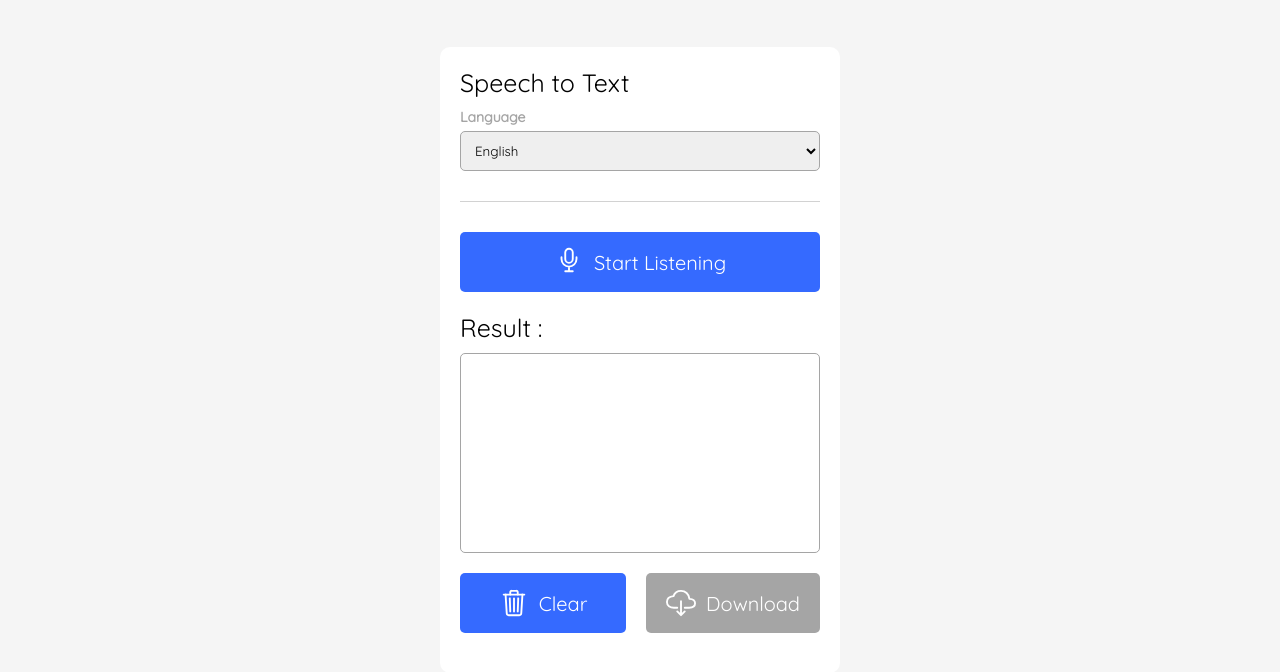
Repository: tsthuy/SpeechToText
Page: index.html
An editor plug-in stored every save of this project. The page is shown before and after the next save, followed by the edit.
The browser window is 1280 px wide. The pictures show the whole page.

Above is the page before, as saved 2023-08-28 03:07:41.

### index.html
<!DOCTYPE html>
<html lang="en">
  <head>
    <meta charset="UTF-8" />
    <meta http-equiv="X-UA-Compatible" content="IE=edge" />
    <meta name="viewport" content="width=device-width, initial-scale=1.0" />
    <link href="./images/text-to-speech.png" rel="shortcut icon" type="image/vnd.microsoft.icon" />
    <link rel="stylesheet" href="style.css" />
    <link href='https://fonts.googleapis.com/css?family=Quicksand' rel='stylesheet'>
    <title>Speech to Text</title>
  </head>
  <body>
    <div class="container">
      <p class="heading">Speech to Text</p>
      <div class="options">
        <div class="anguage">
          <p>Language</p>
          <select name="input-language" id="language"></select>
        </div>
      </div>
      <div class="line"></div>
      <button class="btn record">
        <div class="icon">
          <ion-icon name="mic-outline"></ion-icon>
          <img src="record.svg" alt="" />
        </div>
        <p>Start Listening</p>
      </button>
      <p class="heading">Result :</p>
      <div
        class="result"
        spellcheck="false"
        placeholder="Text will be shown here"
      >
        <p class="interim"></p>
      </div>
      <div class="buttons">
        <button class="btn clear">
          <ion-icon name="trash-outline"></ion-icon>
          <p>Clear</p>
        </button>
        <button class="btn download" disabled>
          <ion-icon name="cloud-download-outline"></ion-icon>
          <p>Download</p>
        </button>
      </div>
    </div>

    <!-- IONICONS -->
    <script
      type="module"
      src="https://unpkg.com/ionicons@5.5.2/dist/ionicons/ionicons.esm.js"
    ></script>
    <script
      nomodule
      src="https://unpkg.com/ionicons@5.5.2/dist/ionicons/ionicons.js"
    ></script>

    <!-- LANGUAGES -->
    <script src="languages.js"></script>

    <!-- SCRIPT -->
    <script src="script.js"></script>
  </body>
</html>

### style.css

:root {
  --primary-color: #356aff;
  --bg-color: #fff;
  --text-color: #000;
  --light-text-color: #a5a5a5;
  --body-bg-color: #f5f5f5;
}
* {
  margin: 0;
  padding: 0;
  box-sizing: border-box;
  font-family: "Quicksand", sans-serif;
}
body {
  min-height: 100vh;
  display: flex;
  align-items: center;
  justify-content: center;
  background-color: var(--body-bg-color);
  color: var(--text-color);
}
.container {
  width: 400px;
  padding: 20px;
  border-radius: 10px;
  background-color: var(--bg-color);
}
.container .heading {
  font-size: 25px;
  font-weight: 500;
  margin-bottom: 10px;
}
.container .options select {
  width: 100%;
  padding: 10px;
  border: 1px solid var(--light-text-color);
  border-radius: 5px;
  outline: none;
}
.container .options div:not(:last-child) select {
  margin-bottom: 20px;
}

.container .options p {
  font-size: 14px;
  font-weight: 600;
  margin-bottom: 5px;
  color: var(--light-text-color);
}
.container .line {
  position: relative;
  width: 100%;
  height: 1px;
  background-color: var(--light-text-color);
  opacity: 0.5;
  margin: 30px 0;
}
.btn {
  display: flex;
  align-items: center;
  justify-content: center;
  gap: 10px;
  margin-bottom: 20px;
  height: 60px;
  padding: 20px;
  width: 100%;
  outline: none;
  border: none;
  border-radius: 5px;
  font-size: 20px;
  font-weight: 500;
  cursor: pointer;
  color: #fff;
  background-color: var(--primary-color);
}
.btn ion-icon {
  font-size: 30px;
}
.btn:disabled {
  background-color: var(--light-text-color);
  cursor: not-allowed;
}
.container .record img {
  width: 30px;
  height: 30px;
  display: none;
}
.container .record.recording img {
  display: block;
}
.container .record.recording ion-icon {
  display: none;
}
.container .result {
  width: 100%;
  min-height: 200px;
  padding: 10px;
  border: 1px solid var(--light-text-color);
  border-radius: 5px;
  font-size: 18px;
  font-weight: 500;
  margin-bottom: 20px;
  color: var(--text-color);
}
.container .result p {
  display: inline;
  margin-left: 3px;
  color: var(--light-text-color);
}
.buttons {
  display: flex;
  gap: 20px;
}

### languages.js
const languages = [
  {
    no: "16",
    name: "English",
    native: "English",
    code: "en",
  },
  {
    no: "1",
    name: "Afrikaans",
    native: "Afrikaans",
    code: "af",
  },
  {
    no: "2",
    name: "Albanian",
    native: "Shqip",
    code: "sq",
  },
  {
    no: "3",
    name: "Arabic",
    native: "عربي",
    code: "ar",
  },
  {
    no: "4",
    name: "Armenian",
    native: "Հայերէն",
    code: "hy",
  },
  {
    no: "5",
    name: "Azerbaijani",
    native: "آذربایجان دیلی",
    code: "az",
  },
  {
    no: "6",
    name: "Basque",
    native: "Euskara",
    code: "eu",
  },
  {
    no: "7",
    name: "Belarusian",
    native: "Беларуская",
    code: "be",
  },
  {
    no: "8",
    name: "Bulgarian",
    native: "Български",
    code: "bg",
  },
  {
    no: "9",
    name: "Catalan",
    native: "Català",
    code: "ca",
  },
  {
    no: "10",
    name: "Chinese (Simplified)",
    native: "中文简体",
    code: "zh-CN",
  },
  {
    no: "11",
    name: "Chinese (Traditional)",
    native: "中文繁體",
    code: "zh-TW",
  },
  {
    no: "12",
    name: "Croatian",
    native: "Hrvatski",
    code: "hr",
  },
  {
    no: "13",
    name: "Czech",
    native: "Čeština",
    code: "cs",
  },
  {
    no: "14",
    name: "Danish",
    native: "Dansk",
    code: "da",
  },
  {
    no: "15",
    name: "Dutch",
    native: "Nederlands",
    code: "nl",
  },
  {
    no: "17",
    name: "Estonian",
    native: "Eesti keel",
    code: "et",
  },
  {
    no: "18",
    name: "Filipino",
    native: "Filipino",
    code: "tl",
  },
  {
    no: "19",
    name: "Finnish",
    native: "Suomi",
    code: "fi",
  },
  {
    no: "20",
    name: "French",
    native: "Français",
    code: "fr",
  },
  {
    no: "21",
    name: "Galician",
    native: "Galego",
    code: "gl",
  },
  {
    no: "22",
    name: "Georgian",
    native: "ქართული",
    code: "ka",
  },
  {
    no: "23",
    name: "German",
    native: "Deutsch",
    code: "de",
  },
  {
    no: "24",
    name: "Greek",
    native: "Ελληνικά",
    code: "el",
  },
  {
    no: "25",
    name: "Haitian Creole",
    native: "Kreyòl ayisyen",
    code: "ht",
  },
  {
    no: "26",
    name: "Hebrew",
    native: "עברית",
    code: "iw",
  },
  {
    no: "27",
    name: "Hindi",
    native: "हिन्दी",
    code: "hi",
  },
  {
    no: "28",
    name: "Hungarian",
    native: "Magyar",
    code: "hu",
  },
  {
    no: "29",
    name: "Icelandic",
    native: "Íslenska",
    code: "is",
  },
  {
    no: "30",
    name: "Indonesian",
    native: "Bahasa Indonesia",
    code: "id",
  },
  {
    no: "31",
    name: "Irish",
    native: "Gaeilge",
    code: "ga",
  },
  {
    no: "32",
    name: "Italian",
    native: "Italiano",
    code: "it",
  },
  {
    no: "33",
    name: "Japanese",
    native: "日本語",
    code: "ja",
  },
  {
    no: "34",
    name: "Korean",
    native: "한국어",
    code: "ko",
  },
  {
    no: "35",
    name: "Latvian",
    native: "Latviešu",
    code: "lv",
  },
  {
    no: "36",
    name: "Lithuanian",
    native: "Lietuvių kalba",
    code: "lt",
  },
  {
    no: "37",
    name: "Macedonian",
    native: "Македонски",
    code: "mk",
  },
  {
    no: "38",
    name: "Malay",
    native: "Malay",
    code: "ms",
  },
  {
    no: "39",
    name: "Maltese",
    native: "Malti",
    code: "mt",
  },
  {
    no: "40",
    name: "Norwegian",
    native: "Norsk",
    code: "no",
  },
  {
    no: "41",
    name: "Persian",
    native: "فارسی",
    code: "fa",
  },
  {
    no: "42",
    name: "Polish",
    native: "Polski",
    code: "pl",
  },
  {
    no: "43",
    name: "Portuguese",
    native: "Português",
    code: "pt",
  },
  {
    no: "44",
    name: "Romanian",
    native: "Română",
    code: "ro",
  },
  {
    no: "45",
    name: "Russian",
    native: "Русский",
    code: "ru",
  },
  {
    no: "46",
    name: "Serbian",
    native: "Српски",
    code: "sr",
  },
  {
    no: "47",
    name: "Slovak",
    native: "Slovenčina",
    code: "sk",
  },
  {
    no: "48",
    name: "Slovenian",
    native: "Slovensko",
    code: "sl",
  },
  {
    no: "49",
    name: "Spanish",
    native: "Español",
    code: "es",
  },
  {
    no: "50",
    name: "Swahili",
    native: "Kiswahili",
    code: "sw",
  },
  {
    no: "51",
    name: "Swedish",
    native: "Svenska",
    code: "sv",
  },
  {
    no: "52",
    name: "Thai",
    native: "ไทย",
    code: "th",
  },
  {
    no: "53",
    name: "Turkish",
    native: "Türkçe",
    code: "tr",
  },
  {
    no: "54",
    name: "Ukrainian",
    native: "Українська",
    code: "uk",
  },
  {
    no: "55",
    name: "Urdu",
    native: "اردو",
    code: "ur",
  },
  {
    no: "56",
    name: "Vietnamese",
    native: "Tiếng Việt",
    code: "vi",
  },
  {
    no: "57",
    name: "Welsh",
    native: "Cymraeg",
    code: "cy",
  },
  {
    no: "58",
    name: "Yiddish",
    native: "ייִדיש",
    code: "yi",
  },
];

### script.js
const recordBtn = document.querySelector(".record"),
  result = document.querySelector(".result"),
  downloadBtn = document.querySelector(".download"),
  inputLanguage = document.querySelector("#language"),
  clearBtn = document.querySelector(".clear");

let SpeechRecognition =
    window.SpeechRecognition || window.webkitSpeechRecognition,
  recognition,
  recording = false;

function populateLanguages() {
  languages.forEach((lang) => {
    const option = document.createElement("option");
    option.value = lang.code;
    option.innerHTML = lang.name;
    inputLanguage.appendChild(option);
  });
}

populateLanguages();

function speechToText() {
  try {
    recognition = new SpeechRecognition();
    recognition.lang = inputLanguage.value;
    recognition.interimResults = true;
    recordBtn.classList.add("recording");
    recordBtn.querySelector("p").innerHTML = "Listening...";
    recognition.start();
    recognition.onresult = (event) => {
      const speechResult = event.results[0][0].transcript;
      //detect when intrim results
      if (event.results[0].isFinal) {
        result.innerHTML += " " + speechResult;
        result.querySelector("p").remove();
      } else {
        //creative p with class interim if not already there
        if (!document.querySelector(".interim")) {
          const interim = document.createElement("p");
          interim.classList.add("interim");
          result.appendChild(interim);
        }
        //update the interim p with the speech result
        document.querySelector(".interim").innerHTML = " " + speechResult;
      }
      downloadBtn.disabled = false;
    };
    recognition.onspeechend = () => {
      speechToText();
    };
    recognition.onerror = (event) => {
      stopRecording();
      if (event.error === "no-speech") {
        alert("No speech was detected. Stopping...");
      } else if (event.error === "audio-capture") {
        alert(
          "No microphone was found. Ensure that a microphone is installed."
        );
      } else if (event.error === "not-allowed") {
        alert("Permission to use microphone is blocked.");
      } else if (event.error === "aborted") {
        alert("Listening Stopped.");
      } else {
        alert("Error occurred in recognition: " + event.error);
      }
    };
  } catch (error) {
    recording = false;

    console.log(error);
  }
}

recordBtn.addEventListener("click", () => {
  if (!recording) {
    speechToText();
    recording = true;
  } else {
    stopRecording();
  }
});

function stopRecording() {
  recognition.stop();
  recordBtn.querySelector("p").innerHTML = "Start Listening";
  recordBtn.classList.remove("recording");
  recording = false;
}

function download() {
  const text = result.innerText;
  const filename = "speech.txt";

  const element = document.createElement("a");
  element.setAttribute(
    "href",
    "data:text/plain;charset=utf-8," + encodeURIComponent(text)
  );
  element.setAttribute("download", filename);
  element.style.display = "none";
  document.body.appendChild(element);
  element.click();
  document.body.removeChild(element);
}

downloadBtn.addEventListener("click", download);

clearBtn.addEventListener("click", () => {
  result.innerHTML = "";
  downloadBtn.disabled = true;
});

After the next save:
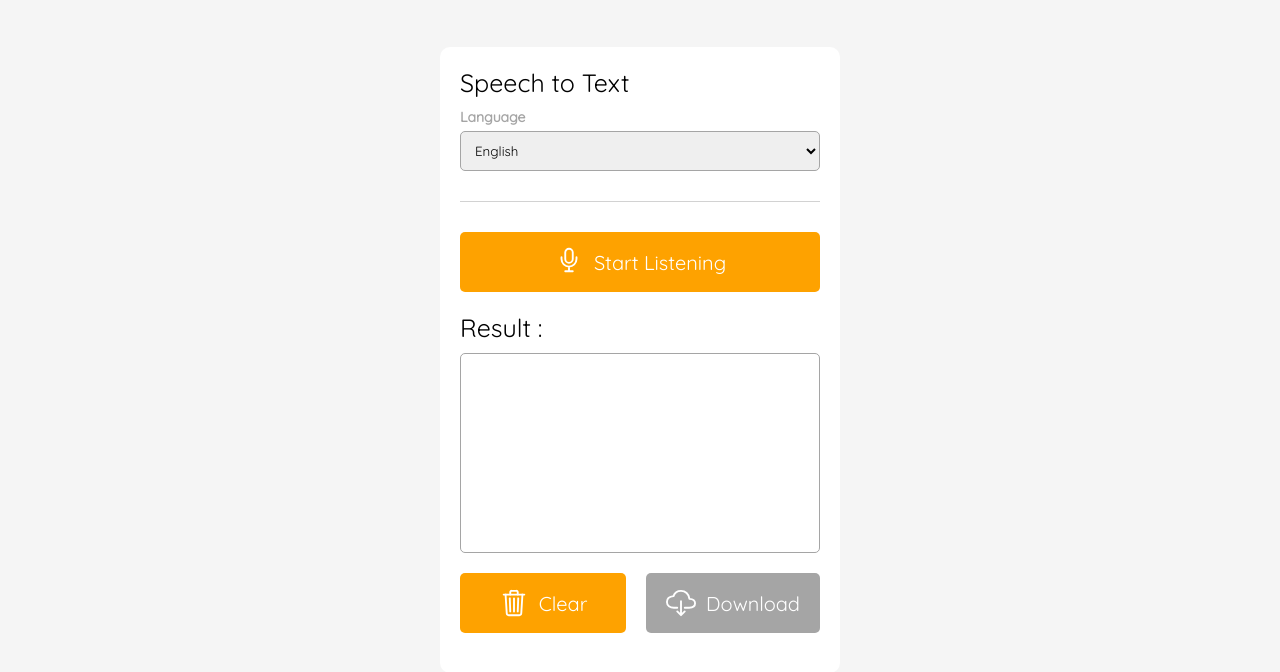
Saved 4 min 52 s later.
--- a/style.css
+++ b/style.css
@@ -1,6 +1,6 @@
 
 :root {
-  --primary-color: #356aff;
+  --primary-color: #FEA200;
   --bg-color: #fff;
   --text-color: #000;
   --light-text-color: #a5a5a5;
